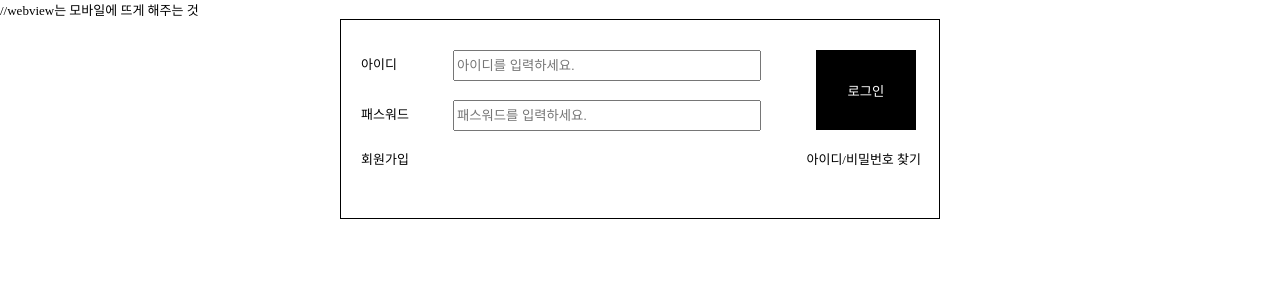
Repository: kimkeng/BackendClass
Page: example/src/main/webapp/weblogin.html
The author's editor kept a copy of each file at every save. The page is drawn from the files as they stood at one save, then again after the next save.
The browser window is 1280 px wide. The pictures show the whole page.

Above is the page before, as saved 2023-08-11 01:59:59.

### example/src/main/webapp/weblogin.html
<!DOCTYPE html>
<html lang="ko">
    <head>
        <meta charset="UTF-8">
        <meta http-equiv="X-UA-compatible" content="chrome=1,IE=Edge">
        <meta name="viewport" content="width=device-width, initial-scale=1.0">
        //webview는 모바일에 뜨게 해주는 것
        <meta http-equiv="imagetoolbar" content="no">
        <title>반응형 로그인</title>
        <link rel="stylesheet" type="text/css" href="./weblogin.css">
    </head>
<body>
<form id="f" method="post" action="" enctype="application/x-www-form-urlencoded">
	<div class="login">
	    <span class="left">
	        <label>아이디<input type="text" id="mid" name="userid" placeholder="아이디를 입력하세요."></label>
	        <label>패스워드<input type="password" id="mpass" name="userpw" placeholder="패스워드를 입력하세요."></label>
	    </span>
	    <span class="right">
	        <input type="submit" value="로그인">
	    </span>
	    <span class="bottom">
	        <div class="divleft">회원가입</div>
	        <div class="divright">아이디/비밀번호 찾기</div>
    </span>
</div>
</form>
</body>
</html>

### example/src/main/webapp/weblogin.css
body{ margin: 0; padding: 0; font-size: 13px;}
            .login{
                width: 600px; height: 200px; border: 1px solid black;
                box-sizing: border-box;
                margin: 0 auto;
                padding: 20px;
                position: relative;
            }

           .left{
               display: block;
               width: 400px; height: 100px;
               float: left;
           }

           .left > label{
               display: block;
               box-sizing: border-box;
               position: relative;
               width: inherit;
               height: 50px;
               line-height: 50px;
           }

           .left > label > input {
            height: 25px;
            width: 300px;
            position: absolute;
            top:10px;
            right: 0;
            }

            .right {
                width: 155px;
                height: 100px;
                display: table-cell;
                text-align: right;
                vertical-align: middle;
            }

           .right > input{
               background-color: black;
               color:  white;
               width: 100px; height: 80px;
               cursor: pointer;
               border: 0px;
           }
           .bottom{
               cursor: pointer;
               display: block;
               position: relative;
               width: 560px;
               height:40px;
               line-height: 40px;
           }
           .divleft{
               position: absolute;
           }
           .divright{
               position: absolute;
               right: 0px;
           }

           /* 타블렛 */
           @media screen and (min-width:800px) and (max-width:1000px){
                .login{ width:500px; }  /*padding 20 실:460px */
                .left{
                        display: block;
                        width: 460px;
                        float: none;
                }
                .right {
                width: 460px;
                height: 40px;
                display: block;
                }
               .right > input{
                width: 460px; height: 40px;
               }
               .bottom{
               width: 460px;
               height:40px;
               line-height: 40px;
              }
           }

After the next save:
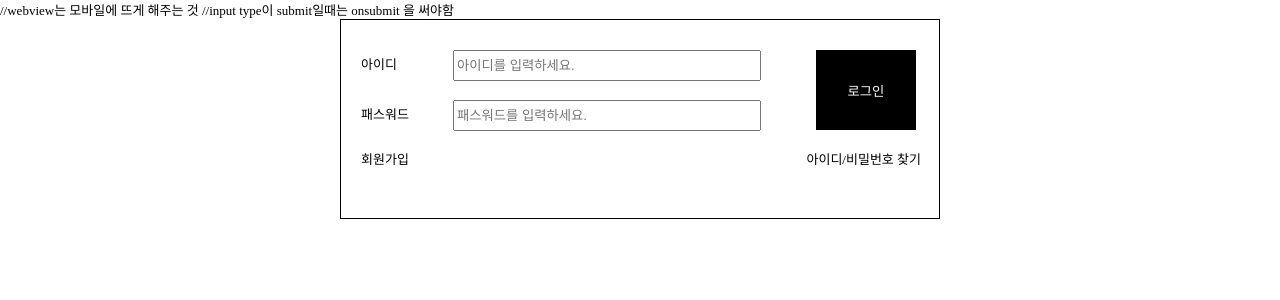
Saved 3 min 11 s later.
--- a/example/src/main/webapp/weblogin.html
+++ b/example/src/main/webapp/weblogin.html
@@ -10,7 +10,8 @@
         <link rel="stylesheet" type="text/css" href="./weblogin.css">
     </head>
 <body>
-<form id="f" method="post" action="" enctype="application/x-www-form-urlencoded">
+	//input type이 submit일때는 onsubmit 을 써야함
+<form onsubmit="" id="f" method="post" action="" enctype="application/x-www-form-urlencoded">
 	<div class="login">
 	    <span class="left">
 	        <label>아이디<input type="text" id="mid" name="userid" placeholder="아이디를 입력하세요."></label>

After the 3 saves that followed:
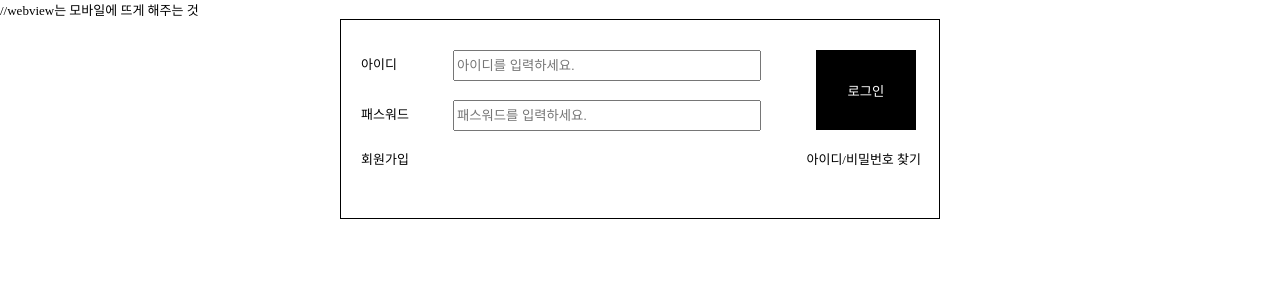
The 3 saves are shown as one change because 2 left the picture as it was.
The last was saved 86 s later.
--- a/example/src/main/webapp/weblogin.html
+++ b/example/src/main/webapp/weblogin.html
@@ -10,8 +10,8 @@
         <link rel="stylesheet" type="text/css" href="./weblogin.css">
     </head>
 <body>
-	//input type이 submit일때는 onsubmit 을 써야함
-<form onsubmit="" id="f" method="post" action="" enctype="application/x-www-form-urlencoded">
+	<!-- input type이 submit일때는 onsubmit 을 써야함 -->
+<form onsubmit="login_infock()" id="f" method="post" action="" enctype="application/x-www-form-urlencoded">
 	<div class="login">
 	    <span class="left">
 	        <label>아이디<input type="text" id="mid" name="userid" placeholder="아이디를 입력하세요."></label>
@@ -26,5 +26,10 @@
     </span>
 </div>
 </form>
+<script>
+	function login_infock(){
+		console.log("test");
+	}
+</script>
 </body>
 </html>
